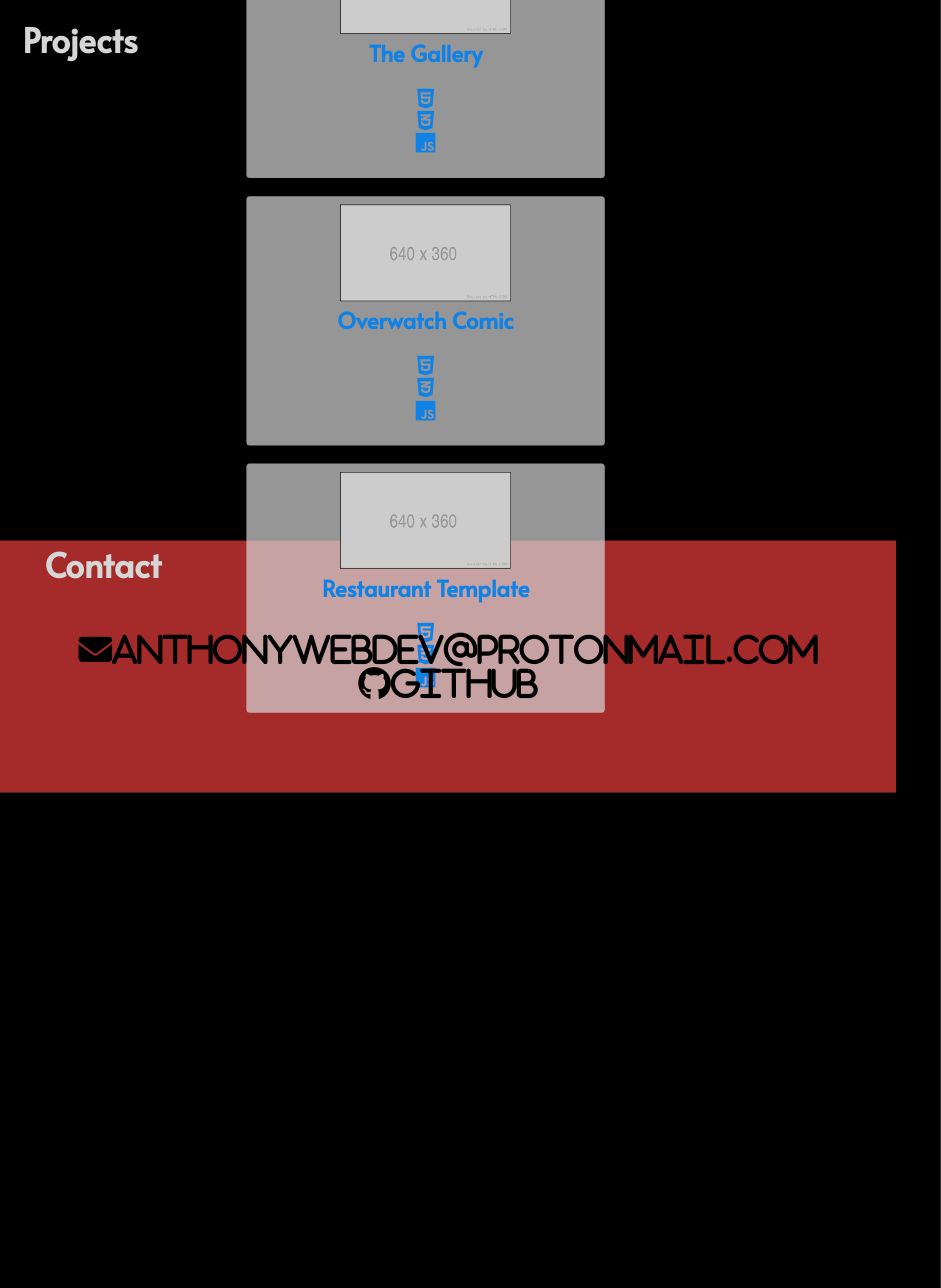
Repository: sloppytony/newport
Page: / (app in portfolio/)
The author's editor kept a copy of each file at every save. The page is drawn from the files as they stood at one save, then again after the next save.
The browser window is 1280 px wide. The page is 1344 px wide, so the pictures cover 1344 px, including what lies to the right of the window. The pictures show the part of the page from y = 1336 to 3176 px (the page is 3600 px tall), at 70% of full size.
Some web libraries are served in a nearby version. The project was rebuilt for these pictures with package versions that can differ from the ones it lists, and the page was loaded fresh each time. Also part of the build but not shown: portfolio/src/index.css.

Above is the page before, as saved 2020-08-23 19:04:22.

### portfolio/public/index.html
<!DOCTYPE html>
<html lang="en">
  <head>
    <meta charset="utf-8" />
    <link rel="icon" href="%PUBLIC_URL%/favicon.ico" />
    <meta name="viewport" content="width=device-width, initial-scale=1" />
    <meta name="theme-color" content="#000000" />
    <meta
      name="description"
      content="Web site created using create-react-app"
    />
    <link rel="apple-touch-icon" href="%PUBLIC_URL%/logo192.png" />
    <!--
      manifest.json provides metadata used when your web app is installed on a
      user's mobile device or desktop. See https://developers.google.com/web/fundamentals/web-app-manifest/
    -->
    <link rel="manifest" href="%PUBLIC_URL%/manifest.json" />
    <!--
      Notice the use of %PUBLIC_URL% in the tags above.
      It will be replaced with the URL of the `public` folder during the build.
      Only files inside the `public` folder can be referenced from the HTML.

      Unlike "/favicon.ico" or "favicon.ico", "%PUBLIC_URL%/favicon.ico" will
      work correctly both with client-side routing and a non-root public URL.
      Learn how to configure a non-root public URL by running `npm run build`.
    -->
    <link
      href="https://fonts.googleapis.com/css2?family=Alata&family=Oswald:wght@300&display=swap"
      rel="stylesheet"
    />
    <script
      src="https://kit.fontawesome.com/9a01f23326.js"
      crossorigin="anonymous"
    ></script>
    <title>React App</title>
  </head>
  <body>
    <noscript>You need to enable JavaScript to run this app.</noscript>
    <div id="root"></div>
    <!--
      This HTML file is a template.
      If you open it directly in the browser, you will see an empty page.

      You can add webfonts, meta tags, or analytics to this file.
      The build step will place the bundled scripts into the <body> tag.

      To begin the development, run `npm start` or `yarn start`.
      To create a production bundle, use `npm run build` or `yarn build`.
    -->
  </body>
</html>

### portfolio/src/App.js
import React from "react";

import "./App.css";

function App() {
  return (
    <body>
      <div className="section1">
        <div className="section1-container">
          <h1 className="mainTitle">Anthony Tostado</h1>
          <p className="mainPara">
            Welcome! take a look around...make yourself at home.
          </p>
          <h2 className="scroll">Scroll</h2>
        </div>
      </div>
      <div className="section2">
        <h1 className="title">About Me</h1>
        <p className="aboutPara">
          Lorem ipsum dolor sit amet, consectetur adipiscing elit. Praesent
          tempor arcu sed lectus tincidunt lacinia. Praesent nec eros ex. Fusce
          eu laoreet nunc. Praesent ligula urna, rutrum eu est et, fermentum
          molestie sapien. Praesent et lectus placerat, varius massa in, finibus
          arcu. Ut fringilla felis at enim semper, at eleifend turpis accumsan.
          Quisque suscipit ultrices purus sit amet dignissim. Sed faucibus, nisl
          vel bibendum consequat, velit sem porta nibh, ac pellentesque ante
          purus at nunc. Etiam tincidunt orci justo, in faucibus lorem ultrices
          sit amet. Quisque ex ipsum, venenatis in tempor eget, iaculis vel
          lorem.{" "}
        </p>
      </div>
      <div className="section3">
        <h1 className="title">Projects</h1>
        <div className="projectContent">
          <div className="card1">
            <img
              className="cardImage"
              src={require("../src/img/640x360.png")}
            ></img>
            <h1 className="cardTitle">The Gallery</h1>
            <div className="icons">
              <i className="fab fa-html5 fa-2x"></i>
              <i className="fab fa-css3-alt fa-2x"></i>
              <i className="fab fa-js fa-2x"></i>
            </div>
          </div>
          <div className="card2">
            <img
              className="cardImage"
              src={require("../src/img/640x360.png")}
            ></img>
            <h1 className="cardTitle">Overwatch Comic</h1>
            <div className="icons">
              <i className="fab fa-html5 fa-2x"></i>
              <i className="fab fa-css3-alt fa-2x"></i>
              <i className="fab fa-js fa-2x"></i>
            </div>
          </div>
          <div className="card3">
            <img
              className="cardImage"
              src={require("../src/img/640x360.png")}
            ></img>
            <h1 className="cardTitle">Restaurant Template</h1>
            <div className="icons">
              <i className="fab fa-html5 fa-2x"></i>
              <i className="fab fa-css3-alt fa-2x"></i>
              <i className="fab fa-js fa-2x"></i>
            </div>
          </div>
        </div>
      </div>
      <div className="section4">
        <h1 className="title">Contact</h1>
        <div className="icons">
          <i className="fas fa-envelope fa-3x">anthonywebdev@protonmail.com</i>
          <i className="fab fa-github fa-3x">Github</i>
        </div>
      </div>
    </body>
  );
}

export default App;

### portfolio/src/App.css
* {
  margin: 0;
  padding: 0;
  box-sizing: border-box;
}

body {
  background: linear-gradient(
    180deg,
    rgba(0, 0, 0, 0) 10%,
    rgba(0, 0, 0, 1) 30%
  );

  height: 500vh;
}

.image {
  width: 100%;
  height: 100%;
}

/*opening page*/
.section1 {
  height: 100vh;
  width: 100%;
  display: flex;
  justify-content: center;
  align-items: center;
  flex-direction: column;
}

div.section1-container {
  width: 80%;
  height: 75vh;
  background: url("./img/mountainspace.jfif");
  background-size: cover;
  background-position: bottom;
  display: flex;
  justify-content: center;
  align-items: center;
  flex-direction: column;
  box-shadow: -5px 5px 5px rgba(44, 44, 44, 0.5);
  border: 5px solid rgb(214, 214, 214);
}

.mainTitle {
  font-family: "Alata", sans-serif;
  font-weight: 100;
  font-size: 400%;
  display: flex;
  justify-content: center;
  align-items: center;
  text-align: center;
  color: rgb(214, 214, 214);

  animation: fadeIn 1.5s;
  border: 3px solid white;
  width: 50%;
  height: 20%;
}

.mainPara {
  font-family: "Oswald", sans-serif;
  font-size: 200%;
  display: flex;
  align-items: center;
  text-align: center;
  color: rgb(214, 214, 214);
  padding: 5%;
  text-shadow: -5px 5px 5px rgba(44, 44, 44, 0.5);
  animation: fadeIn 1.5s;
}

.scroll {
  font-family: "Oswald", sans-serif;
  font-size: 300%;
  padding-bottom: 2%;
  animation: pulse 2.5s infinite;
  color: rgb(214, 214, 214);
}

/*about*/
.section2 {
  height: 75vh;
  width: 100%;
  overflow: hidden;
  display: flex;
  align-items: center;
  justify-content: center;
  flex-direction: column;
  margin-bottom: 10%;
}

h1.title {
  height: 20%;
  width: 100%;
  margin-left: 5%;
  font-family: "Alata", sans-serif;
  font-size: 300%;
  color: rgb(214, 214, 214);
}

p.aboutPara {
  width: 75%;
  height: 20vh;
  text-align: center;
  margin: 5%;
  font-size: 150%;
  font-family: "Oswald", sans-serif;
  color: rgb(214, 214, 214);
}

/*projects*/
.section3 {
  height: 100vh;
  width: 100%;

  color: rgb(16, 130, 230);
  display: flex;
  justify-content: center;
  align-items: center;
  flex-direction: column;
}

div.projectContent {
  width: 100%;
  height: 99vh;
  display: flex;
  align-items: center;
  justify-content: center;
  flex-direction: column;
  margin-right: 10%;
}

h1.projectTitle {
  height: 20vh;
  width: 100%;
  margin-left: 5%;
  font-size: 300%;
  font-family: "Alata", sans-serif;
  color: rgb(214, 214, 214);
}

div.card1 {
  height: 50%;
  width: 40%;
  display: flex;
  justify-content: center;
  align-items: center;
  flex-direction: column;
  background: rgb(214, 214, 214, 0.7);
  border-radius: 5px 5px 5px;
  margin-left: 5%;
  padding: 1%;
  margin-top: 2%;
}

div.card2 {
  height: 50%;
  width: 40%;
  display: flex;
  justify-content: center;
  align-items: center;
  flex-direction: column;
  background: rgb(214, 214, 214, 0.7);
  border-radius: 5px 5px 5px;
  margin-left: 5%;
  padding: 1%;
  margin-top: 2%;
}

div.card3 {
  height: 50%;
  width: 40%;
  display: flex;
  justify-content: center;
  align-items: center;
  flex-direction: column;
  background: rgb(214, 214, 214, 0.7);
  border-radius: 5px 5px 5px;
  margin-left: 5%;
  padding: 1%;
  margin-top: 2%;
}

img.cardImage {
  width: 50%;
  border: 1px solid black;
}

h1.cardTitle {
  margin: 1%;
  font-size: 300;
  font-family: "Alata", sans-serif;
}

/*contact*/
div.section4 {
  height: 50vh;
  width: 100%;
  background: brown;
}

div.icons {
  height: 30vh;
  display: flex;
  justify-content: center;
  align-items: center;
  flex-direction: column;
}

div. @keyframes fadeIn {
  from {
    opacity: 0;
  }
  to {
    opacity: 1;
  }
}

@keyframes pulse {
  0% {
    opacity: 0;
  }

  50% {
    opacity: 1;
  }
  100% {
    opacity: 0;
  }
}

Loaded but not shown: portfolio/src/index.js (common file); portfolio/src/serviceWorker.js (common file)

After the next save:
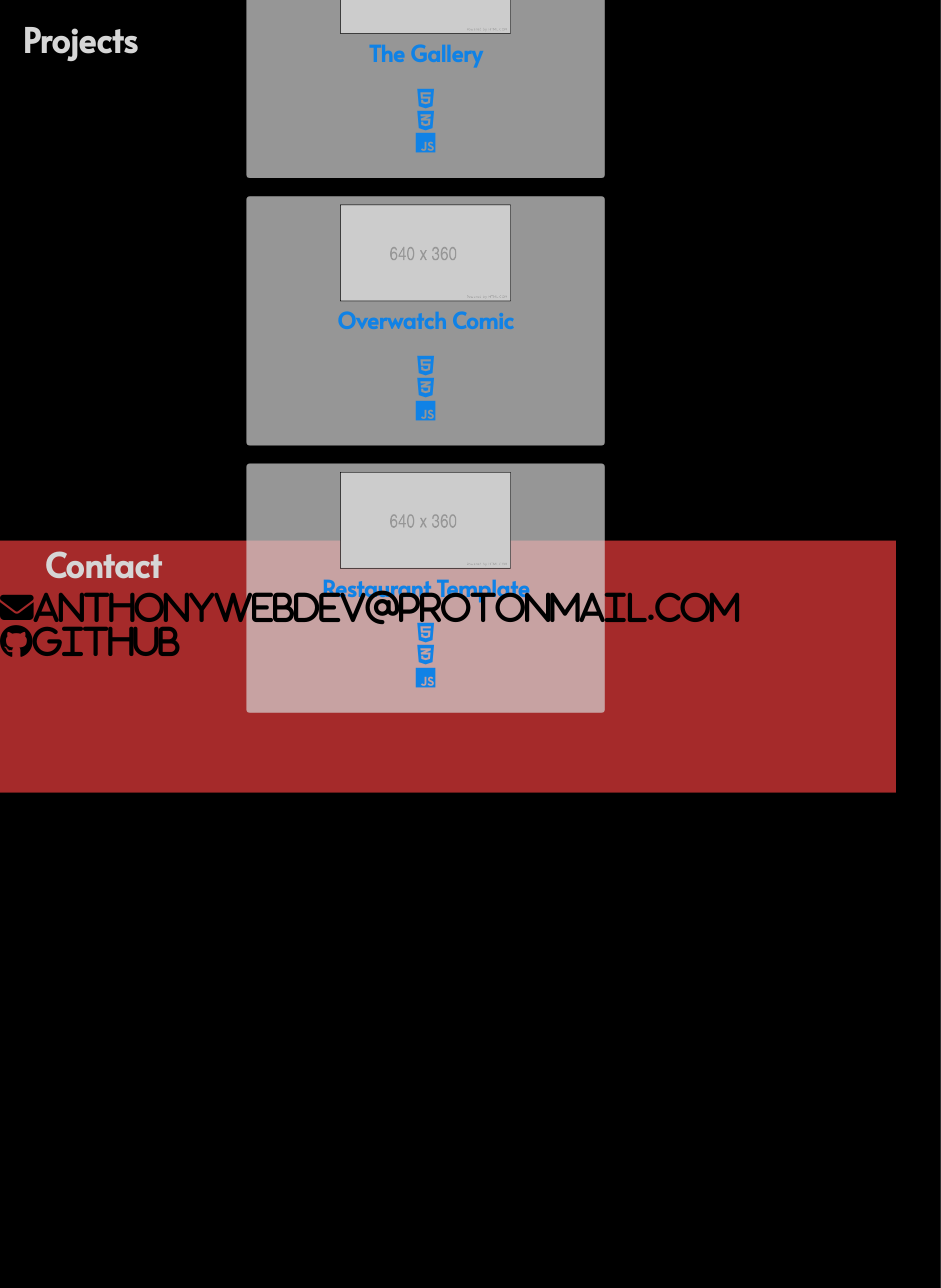
Saved 29 s later.
--- a/portfolio/src/App.js
+++ b/portfolio/src/App.js
@@ -72,7 +72,7 @@ function App() {
       </div>
       <div className="section4">
         <h1 className="title">Contact</h1>
-        <div className="icons">
+        <div className="contactIcons">
           <i className="fas fa-envelope fa-3x">anthonywebdev@protonmail.com</i>
           <i className="fab fa-github fa-3x">Github</i>
         </div>
